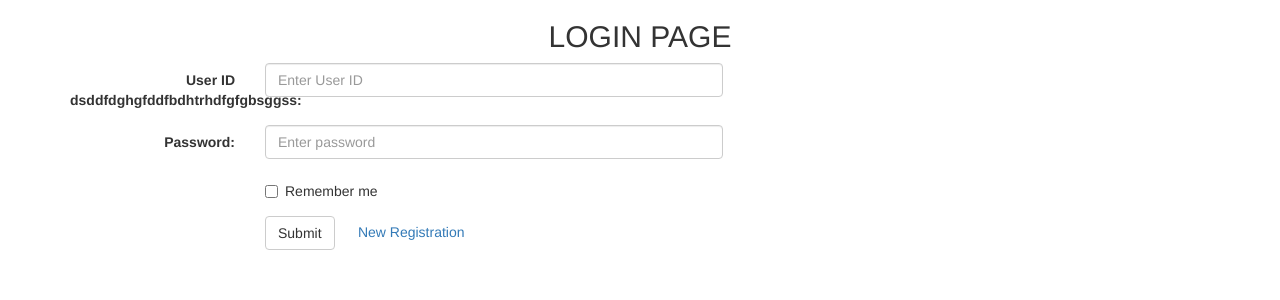
Repository: AvantiKopulwar/Task-Workspace
Page: http://localhost/AdminStudentLogin/
An editor plug-in stored every save of this project. The page is shown before and after the next save, followed by the edit.
The browser window is 1280 px wide. The pictures show the whole page.
The page is served by Tomcat 9.

Above is the page before, as saved 2018-10-04 18:05:38.

After the next save:
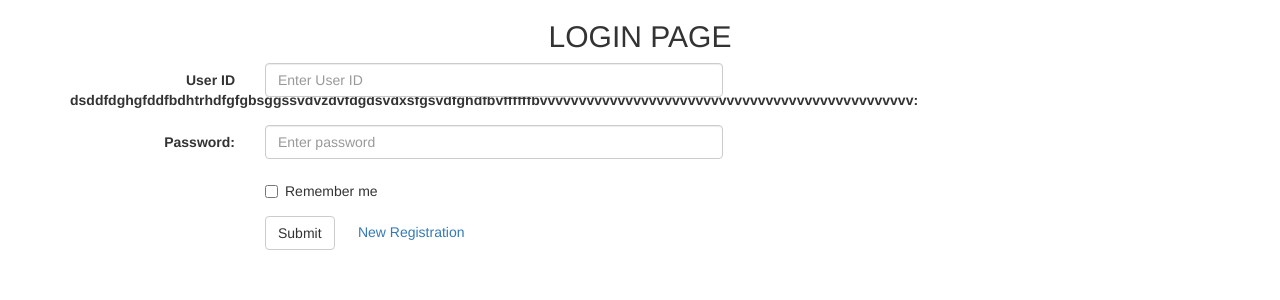
Saved 17 s later.
--- a/AdminStudentLogin/WebContent/index.jsp
+++ b/AdminStudentLogin/WebContent/index.jsp
@@ -18,7 +18,7 @@ pageEncoding="ISO-8859-1"%>
 		<h2 align="center"> LOGIN PAGE</h2>
 		<form class="form-horizontal" action="login">
 			<div class="form-group">
-				<label class="control-label col-sm-2" for="uname">User ID dsddfdghgfddfbdhtrhdfgfgbsggss:</label>
+				<label class="control-label col-sm-2" for="uname">User ID dsddfdghgfddfbdhtrhdfgfgbsggssvdvzdvfdgdsvdxsfgsvdfghdfbvffffffbvvvvvvvvvvvvvvvvvvvvvvvvvvvvvvvvvvvvvvvvvvvvvvvv:</label>
 				<div class="col-sm-5">
 					<input type="text" class="form-control" id="uname"
 						placeholder="Enter User ID" name="uname">
